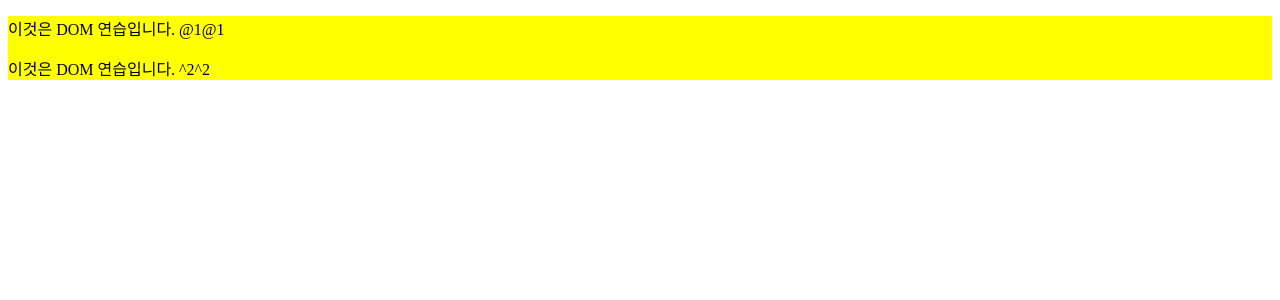
Repository: ady0099/webstudy
Page: 03_javascript/src/main/webapp/day03/ex10_DOM.html
The author's editor kept a copy of each file at every save. The page is drawn from the files as they stood at one save, then again after a run of saves.
The browser window is 1280 px wide. The pictures show the whole page.

Above is the page before, as saved 2023-06-29 06:43:58.
Console error: SyntaxError: Unexpected end of input

After the next 2 saves:
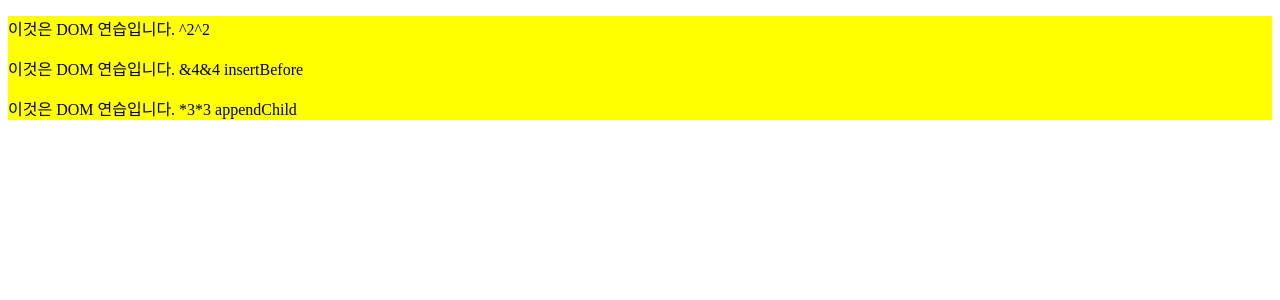
Console error (its wording comes from the project's code and is left out).
The 2 saves are shown as one change because they came seconds apart.
The last was saved 48 s later.
--- a/03_javascript/src/main/webapp/day03/ex10_DOM.html
+++ b/03_javascript/src/main/webapp/day03/ex10_DOM.html
@@ -44,7 +44,8 @@
 			var k = document.getElementById("p1");
 			k.remove();
 
-			var k2 =
+			var k =
+			div.removeChild();
 
 
 		</script>

After the save that followed:
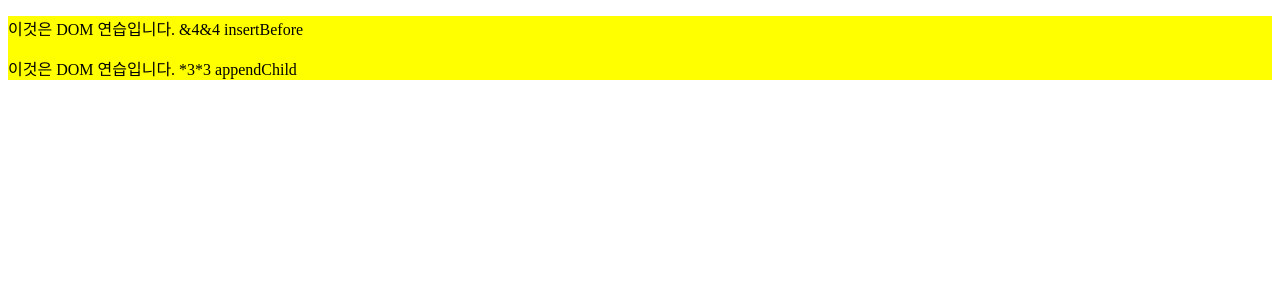
The error is gone.
Saved 113 s later.
--- a/03_javascript/src/main/webapp/day03/ex10_DOM.html
+++ b/03_javascript/src/main/webapp/day03/ex10_DOM.html
@@ -44,8 +44,8 @@
 			var k = document.getElementById("p1");
 			k.remove();
 
-			var k =
-			div.removeChild();
+			var k2 = document.getElementById("p2");
+			div.removeChild(k2);
 
 
 		</script>
